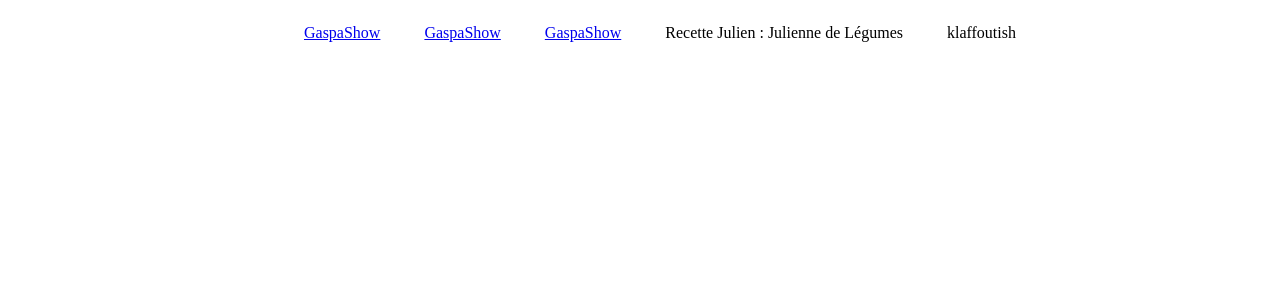
Repository: klevish/marmitonade.github.io
Page: index.html
The author's editor kept a copy of each file at every save. The page is drawn from the files as they stood at one save, then again after a run of saves.
The browser window is 1280 px wide. The pictures show the whole page.

Above is the page before, as saved 2022-06-13 16:55:08.

### index.html
<!DOCTYPE html>
<html lang="en">

<head>
    <meta charset="UTF-8">
    <meta http-equiv="X-UA-Compatible" content="IE=edge">
    <meta name="viewport" content="width=device-width, initial-scale=1.0">
    <link rel="stylesheet" href="style.css">
    <title>marmitonade.com</title>
</head>

<body>
    <nav>
        <ul>
            <li><a href="gaspacho.html">GaspaShow</a></li>
            <li><a href="julienne_de_legumes.html">GaspaShow</a></li>
            <li><a href="klaffoutish.html">GaspaShow</a></li>
            <li href="">Recette Julien : Julienne de Légumes</li>
            <li href="">klaffoutish</li>
        </ul>
    </nav>


</body>

</html>

### style.css
body {
    margin-left: 20px;
    margin-right: 20px;
}
section img{
    width: 300px;
    height: 300px;
}
nav{
    display: flex;
    justify-content: center;

    height: 150px;

}
nav ul{
    display: inline-flex;
    justify-content: space-evenly;
    width: 800px;
}
ul {
    list-style-type: none;
}

After the next 8 saves:
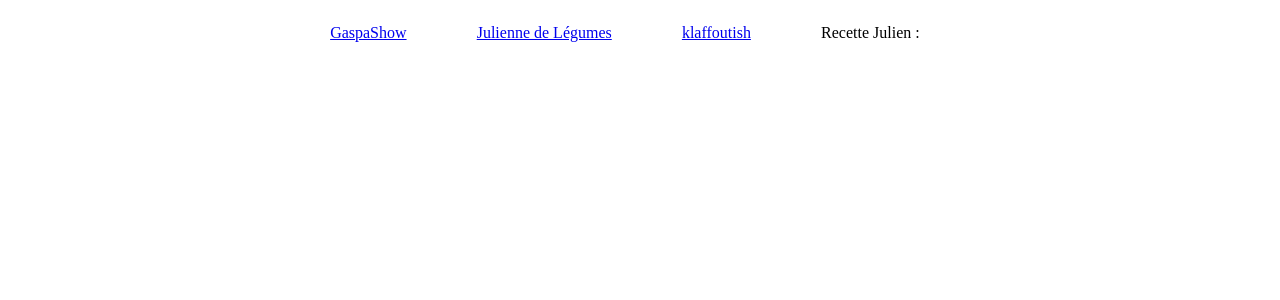
The 8 saves are shown as one change because they came seconds apart.
The last was saved 19 s later.
--- a/index.html
+++ b/index.html
@@ -13,10 +13,10 @@
     <nav>
         <ul>
             <li><a href="gaspacho.html">GaspaShow</a></li>
-            <li><a href="julienne_de_legumes.html">GaspaShow</a></li>
-            <li><a href="klaffoutish.html">GaspaShow</a></li>
-            <li href="">Recette Julien : Julienne de Légumes</li>
-            <li href="">klaffoutish</li>
+            <li><a href="julienne_de_legumes.html">Julienne de Légumes</a></li>
+            <li><a href="klaffoutish.html">klaffoutish</a></li>
+            <li href="">Recette Julien : </li>
+            <li href=""></li>
         </ul>
     </nav>
 
